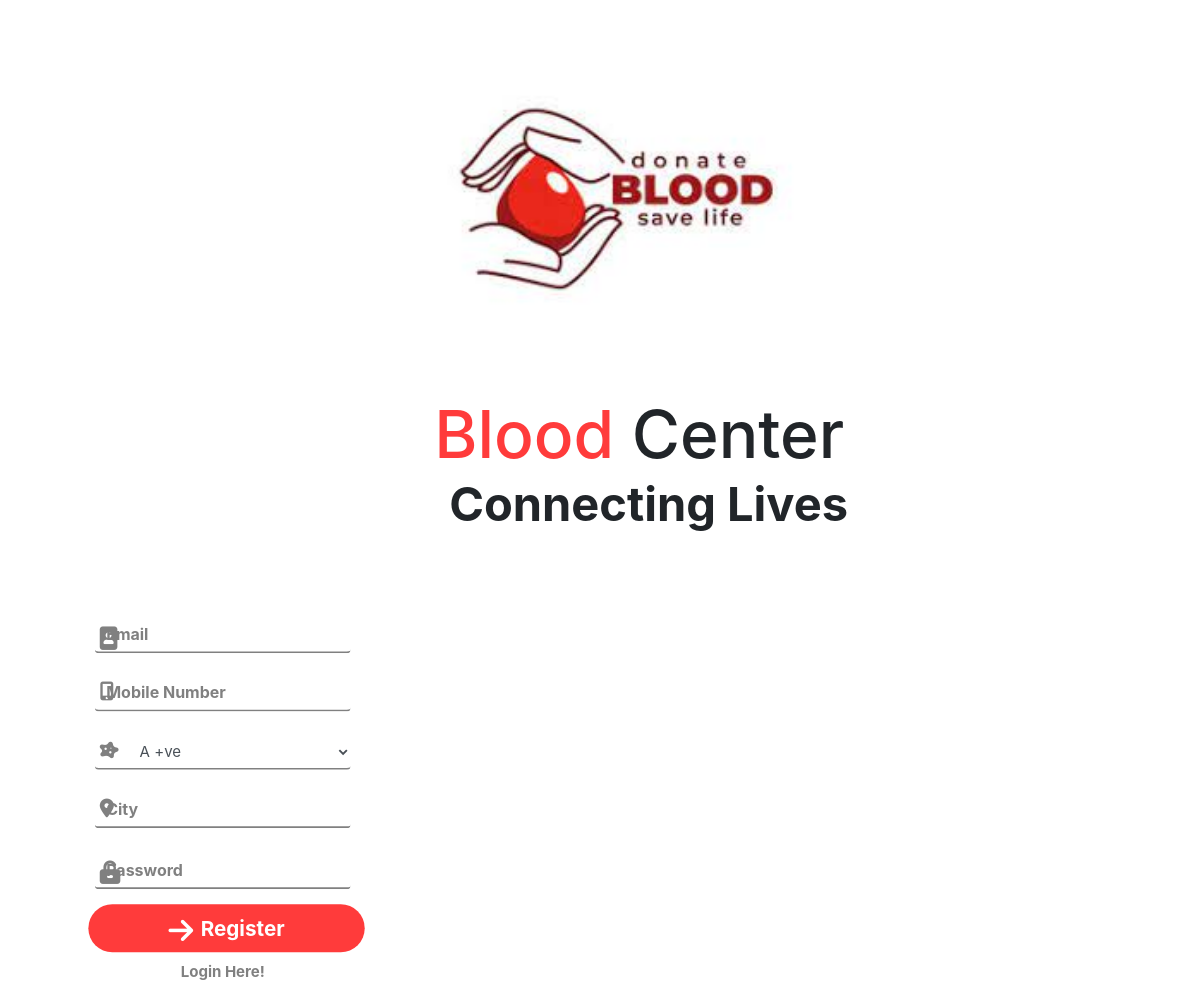
Repository: syedali042/jbds
Page: /Register
These files come from the project's save history. The page is drawn as it stood at one moment and after the next save; the edit follows.
The browser window is 1280 px wide. The pictures show the whole page, at 94% of full size.
Some web libraries are served in a nearby version. The project was rebuilt for these pictures with package versions that can differ from the ones it lists, and the page was loaded fresh each time. Also part of the build but not shown: src/components/Login.js, src/components/Header.js, src/components/About.js, src/components/Header2.js, src/components/Home.js, src/components/Header4.js, src/components/Request.js, src/components/Header3.js and 1 more.

Above is the page before, as saved 2021-11-09 20:53:00.

After the next save:
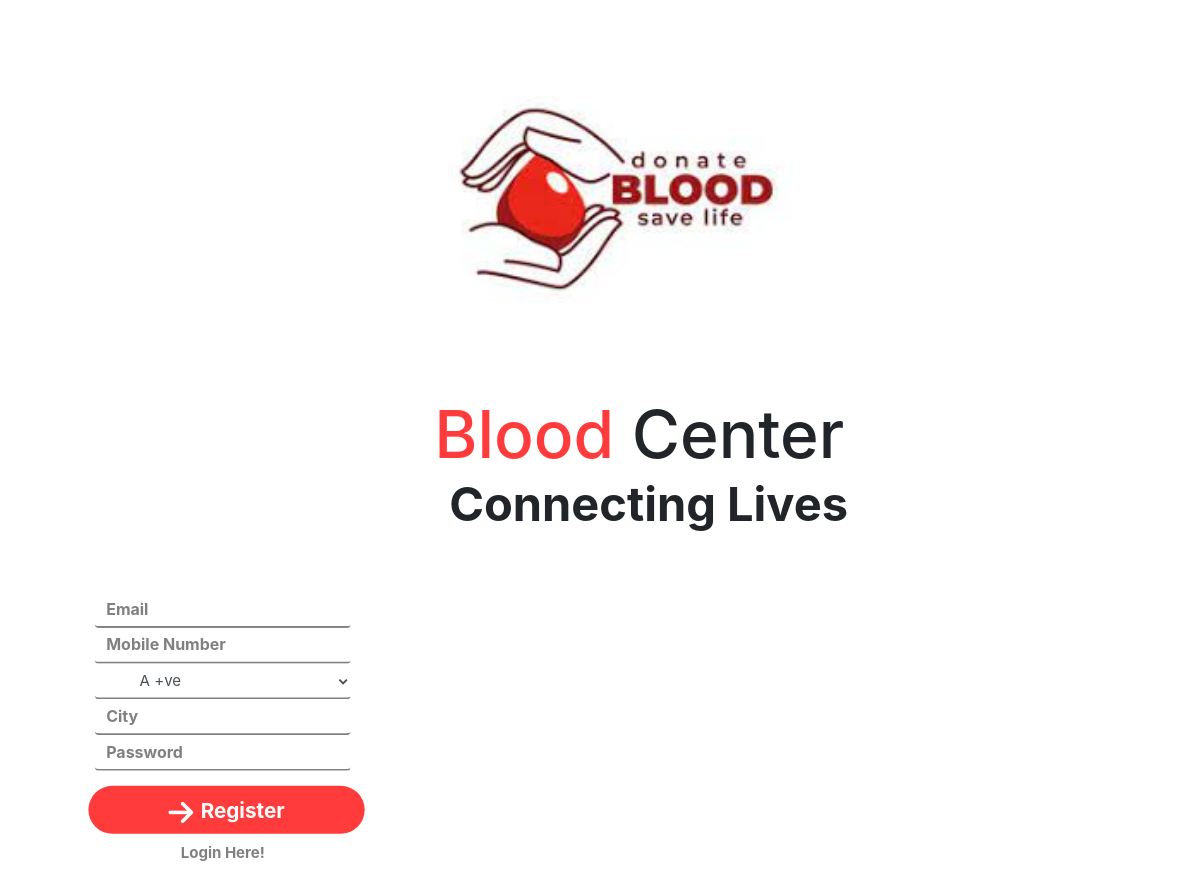
Saved 7 s later.
--- a/src/components/Register.js
+++ b/src/components/Register.js
@@ -49,7 +49,7 @@ function Register() {
                                 /* and other goodies */
                             }) => (
                                 <form onSubmit={handleSubmit} className="formik">
-                                    <i className="fas fa-portrait"></i>
+                                    {/* <i className="fas fa-portrait"></i> */}
                                     <input
                                         type="email" className="placehorder form-control em"
                                         name="email"
@@ -61,7 +61,7 @@ function Register() {
                                     />
 
                                     {errors.email && touched.email && errors.email}
-                                    <i className="fas fa-mobile-alt"></i>
+                                    {/* <i className="fas fa-mobile-alt"></i> */}
                                     <input
                                         type="number" className="placehorder form-control num"
                                         name="number"
@@ -72,7 +72,7 @@ function Register() {
                                     />
 
                                     {errors.number && touched.number && errors.number}
-                                    <i className="fas fa-disease"></i>
+                                    {/* <i className="fas fa-disease"></i> */}
                                     <select name="bloodGroup" className="placehorder form-control bloodGroup">
                                         <option value="volvo">&nbsp;&nbsp;&nbsp;&nbsp;&nbsp;&nbsp;
                                         A +ve</option>
@@ -82,7 +82,7 @@ function Register() {
                                     </select>
 
                                     {errors.bloodGroup && touched.bloodGroup && errors.bloodGroup}
-                                    <i className="fas fa-map-marker-alt"></i>
+                                    {/* <i className="fas fa-map-marker-alt"></i> */}
                                     <input
                                         type="text" className="placehorder form-control city"
                                         name="city"
@@ -93,7 +93,7 @@ function Register() {
                                     />
 
                                     {errors.city && touched.city && errors.city}
-                                    <i className="fas fa-unlock-alt"></i>
+                                    {/* <i className="fas fa-unlock-alt"></i> */}
                                     <input
                                         type="password" className="placehorder form-control pass"
                                         name="password"
